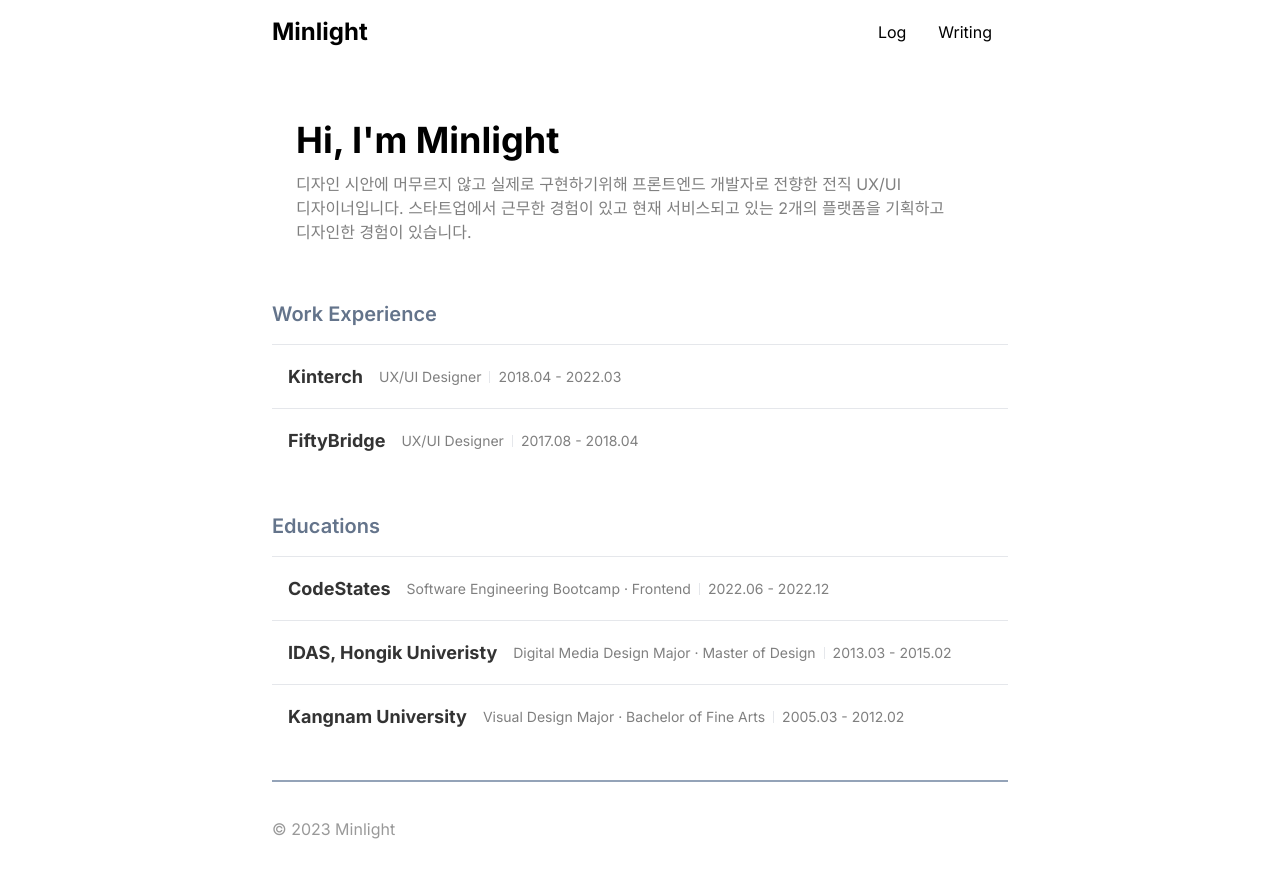
Repository: kwngmin/minlight-log
Page: /
These files come from the project's save history. The page is drawn as it stood at one moment and after a run of saves; the edit follows.
The browser window is 1280 px wide. The pictures show the whole page.
The project was rebuilt for these pictures with package versions that can differ from the ones it lists, and the page was loaded fresh each time. The framework's server and built-in components were replaced by stand-ins that run in the browser. Also part of the build but not shown: next.config.js.

Above is the page before, as saved 2023-04-11 17:28:40.

### src/app/layout.tsx
import "./globals.css";
import Footer from "@/components/Footer";
import Header from "@/components/Header";

import { Inter } from "next/font/google";
const inter = Inter({ subsets: ["latin"] });

export const metadata = {
  title: {
    default: "Minlight",
    template: "Minlight | %s",
  },
  description: "Minlight log",
};

export default function RootLayout({
  children,
}: {
  children: React.ReactNode;
}) {
  return (
    <html lang="en" className={inter.className}>
      <body className="flex flex-col max-w-screen-md mx-auto px-4">
        <Header />
        <main className="">{children}</main>
        <Footer />
      </body>
    </html>
  );
}

### src/app/page.tsx
import TableGroup from "@/components/TableGroup";
import Title from "@/components/Title";

const titleData = {
  title: `Hi, I'm Minlight`,
  description: `디자인 시안에 머무르지 않고 실제로 구현하기위해 프론트엔드 개발자로 전향한 전직 UX/UI 디자이너입니다. 스타트업에서 근무한
경험이 있고 현재 서비스되고 있는 2개의 플랫폼을 기획하고 디자인한 경험이 있습니다.`,
};

export default function Home() {
  return (
    <section>
      <Title titleData={titleData} />
      <TableGroup />
    </section>
  );
}

### src/app/globals.css
@tailwind base;
@tailwind components;
@tailwind utilities;

* {
  box-sizing: border-box;
  padding: 0;
  margin: 0;
}
/*
:root {
  --max-width: 1100px;
  --border-radius: 12px;
  --font-mono: ui-monospace, Menlo, Monaco, "Cascadia Mono", "Segoe UI Mono",
    "Roboto Mono", "Oxygen Mono", "Ubuntu Monospace", "Source Code Pro",
    "Fira Mono", "Droid Sans Mono", "Courier New", monospace;

  --foreground-rgb: 0, 0, 0;
  --background-start-rgb: 214, 219, 220;
  --background-end-rgb: 255, 255, 255;

  --primary-glow: conic-gradient(
    from 180deg at 50% 50%,
    #16abff33 0deg,
    #0885ff33 55deg,
    #54d6ff33 120deg,
    #0071ff33 160deg,
    transparent 360deg
  );
  --secondary-glow: radial-gradient(
    rgba(255, 255, 255, 1),
    rgba(255, 255, 255, 0)
  );

  --tile-start-rgb: 239, 245, 249;
  --tile-end-rgb: 228, 232, 233;
  --tile-border: conic-gradient(
    #00000080,
    #00000040,
    #00000030,
    #00000020,
    #00000010,
    #00000010,
    #00000080
  );

  --callout-rgb: 238, 240, 241;
  --callout-border-rgb: 172, 175, 176;
  --card-rgb: 180, 185, 188;
  --card-border-rgb: 131, 134, 135;
}

@media (prefers-color-scheme: dark) {
  :root {
    --foreground-rgb: 255, 255, 255;
    --background-start-rgb: 0, 0, 0;
    --background-end-rgb: 0, 0, 0;

    --primary-glow: radial-gradient(rgba(1, 65, 255, 0.4), rgba(1, 65, 255, 0));
    --secondary-glow: linear-gradient(
      to bottom right,
      rgba(1, 65, 255, 0),
      rgba(1, 65, 255, 0),
      rgba(1, 65, 255, 0.3)
    );

    --tile-start-rgb: 2, 13, 46;
    --tile-end-rgb: 2, 5, 19;
    --tile-border: conic-gradient(
      #ffffff80,
      #ffffff40,
      #ffffff30,
      #ffffff20,
      #ffffff10,
      #ffffff10,
      #ffffff80
    );

    --callout-rgb: 20, 20, 20;
    --callout-border-rgb: 108, 108, 108;
    --card-rgb: 100, 100, 100;
    --card-border-rgb: 200, 200, 200;
  }
}

* {
  box-sizing: border-box;
  padding: 0;
  margin: 0;
}

html,
body {
  max-width: 100vw;
  overflow-x: hidden;
}

body {
  color: rgb(var(--foreground-rgb));
  background: linear-gradient(
      to bottom,
      transparent,
      rgb(var(--background-end-rgb))
    )
    rgb(var(--background-start-rgb));
}

a {
  color: inherit;
  text-decoration: none;
}

@media (prefers-color-scheme: dark) {
  html {
    color-scheme: dark;
  }
} */

### src/components/Footer.tsx
export default function Footer() {
  return (
    <section className="h-24 flex items-center border-t-2 mt-8 border-slate-400">
      <span className="text-black/40">© 2023 Minlight</span>
    </section>
  );
}

### src/components/Header.tsx
import Link from "next/link";

const navList = [
  { name: "Log", url: "/log" },
  { name: "Writing", url: "/log" },
];

export default function Header() {
  return (
    <section className="h-16 flex items-center justify-between">
      <Link href="/" className="text-2xl font-bold">
        Minlight
      </Link>
      <nav className="">
        {navList.map(({ name, url }) => (
          <Link href={url} key={name} className="px-4">
            {name}
          </Link>
        ))}
      </nav>
    </section>
  );
}

### src/components/TableGroup.tsx
import Table from "@/components/Table";

const careerData = [
  {
    head: "Kinterch",
    content: "UX/UI Designer",
    period: "2018.04 - 2022.03",
  },
  {
    head: "FiftyBridge",
    content: "UX/UI Designer",
    period: "2017.08 - 2018.04",
  },
];

const educateData = [
  {
    head: "CodeStates",
    content: "Software Engineering Bootcamp · Frontend",
    period: "2022.06 - 2022.12",
  },
  {
    head: "IDAS, Hongik Univeristy",
    content: "Digital Media Design Major · Master of Design",
    period: "2013.03 - 2015.02",
  },
  {
    head: "Kangnam University",
    content: "Visual Design Major · Bachelor of Fine Arts",
    period: "2005.03 - 2012.02",
  },
];

export default function TableGroup() {
  return (
    <section className="flex flex-col gap-10">
      <Table tableData={careerData} subject="Work Experience" />
      <Table tableData={educateData} subject="Educations" />
    </section>
  );
}

### src/components/Title.tsx
type TitleData = {
  title: string;
  description: string;
};
export default function Title({ titleData }: { titleData: TitleData }) {
  const { title, description } = titleData;
  return (
    <div className="py-14 px-4 lg:px-6">
      <h1 className="text-3xl md:text-4xl font-bold mb-3">{title}</h1>
      <p className="text-black/50 break-keep">{description}</p>
    </div>
  );
}

### src/components/Table.tsx
import { HtmlProps } from "next/dist/shared/lib/html-context";

type Props = {
  tableData: {
    head: string;
    content: string;
    period: string;
  }[];
  subject: string;
};

export default function Table({ tableData, subject }: Props) {
  return (
    <div>
      <h2 className="text-left text-xl font-semibold text-slate-500 pb-4">
        {subject}
      </h2>
      <ul>
        {tableData.map(({ head, content, period }) => (
          <li
            key={head}
            className="flex flex-col lg:flex-row lg:items-center justify-center lg:justify-start pt-4 pb-5 lg:py-0 lg:h-16 border-t gap-0 lg:gap-4 pl-4 lg:px-4"
          >
            <h3 className="font-bold text-lg text-black/80">{head}</h3>
            <section className="text-black/50 lg:text-sm flex items-center flex-wrap">
              {content}
              <div className="inline-block border-l h-3 mx-2 " />
              {period}
            </section>
          </li>
        ))}
      </ul>
    </div>
  );
}

Loaded but not shown: tailwind.config.js (common file)

After the next 3 saves:
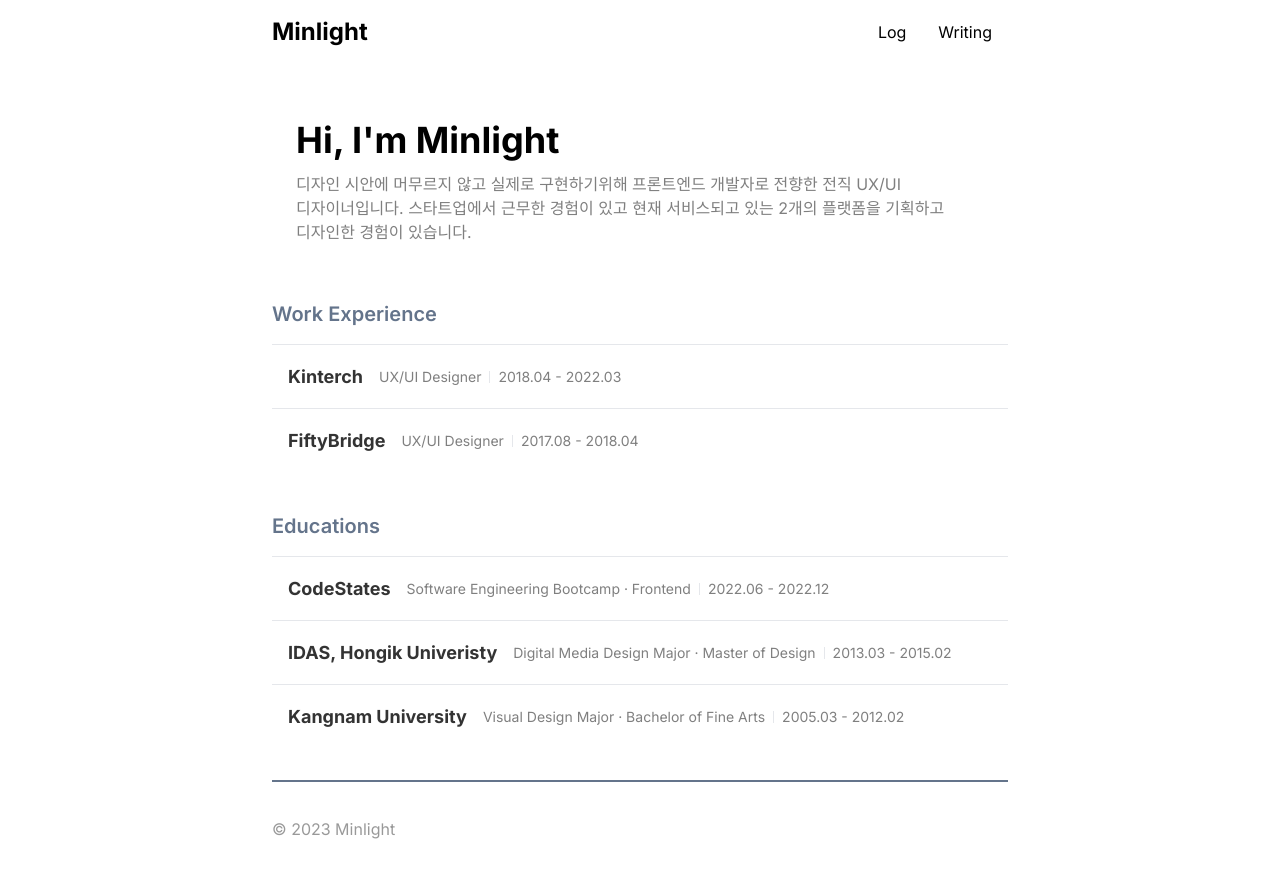
The 3 saves are shown as one change because they came seconds apart.
The last was saved 9 s later.
--- a/src/components/Footer.tsx
+++ b/src/components/Footer.tsx
@@ -1,6 +1,6 @@
 export default function Footer() {
   return (
-    <section className="h-24 flex items-center border-t-2 mt-8 border-slate-400">
+    <section className="h-24 flex items-center border-t-2 mt-8 border-slate-500">
       <span className="text-black/40">© 2023 Minlight</span>
     </section>
   );

After the save that followed:
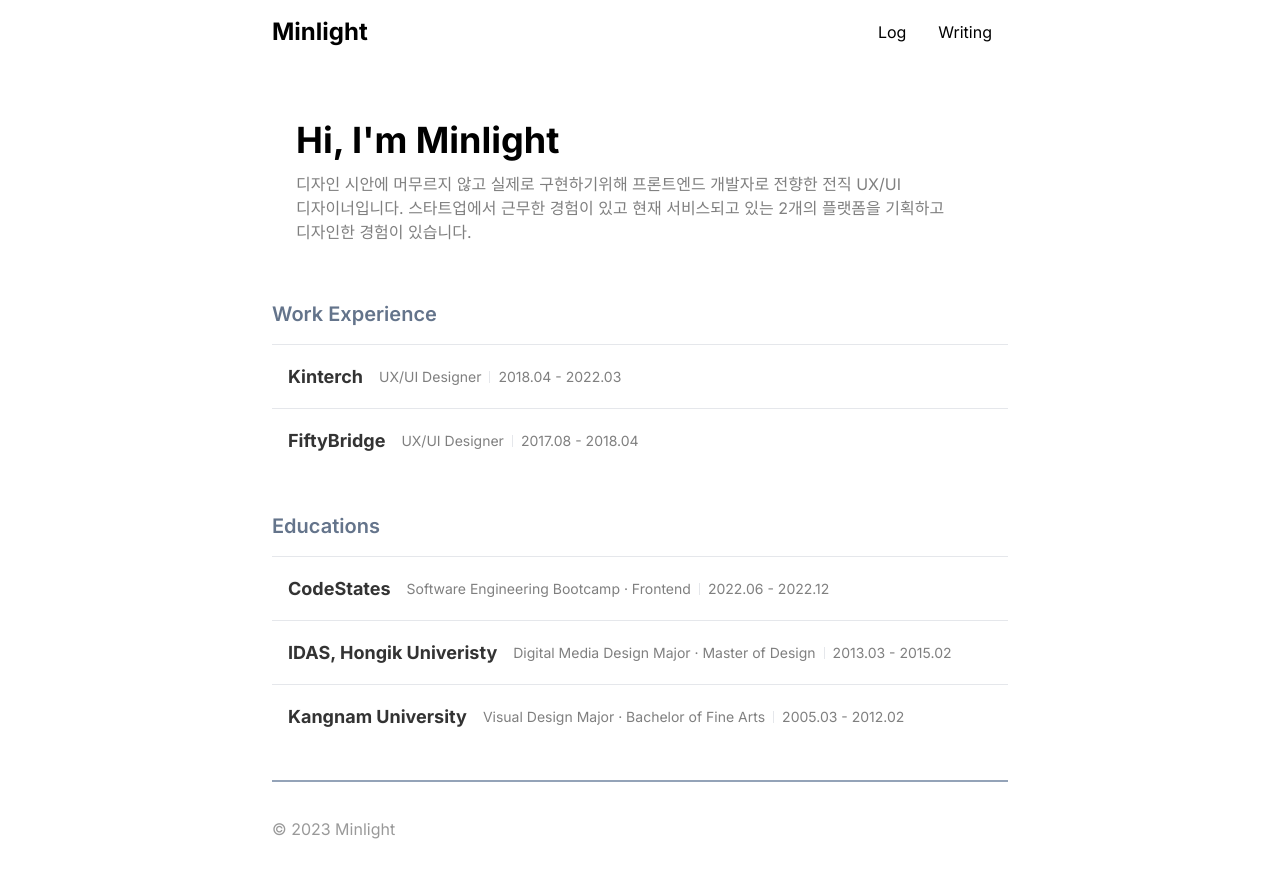
Saved 8 s later.
--- a/src/components/Footer.tsx
+++ b/src/components/Footer.tsx
@@ -1,6 +1,6 @@
 export default function Footer() {
   return (
-    <section className="h-24 flex items-center border-t-2 mt-8 border-slate-500">
+    <section className="h-24 flex items-center border-t-2 mt-8 border-slate-400">
       <span className="text-black/40">© 2023 Minlight</span>
     </section>
   );
